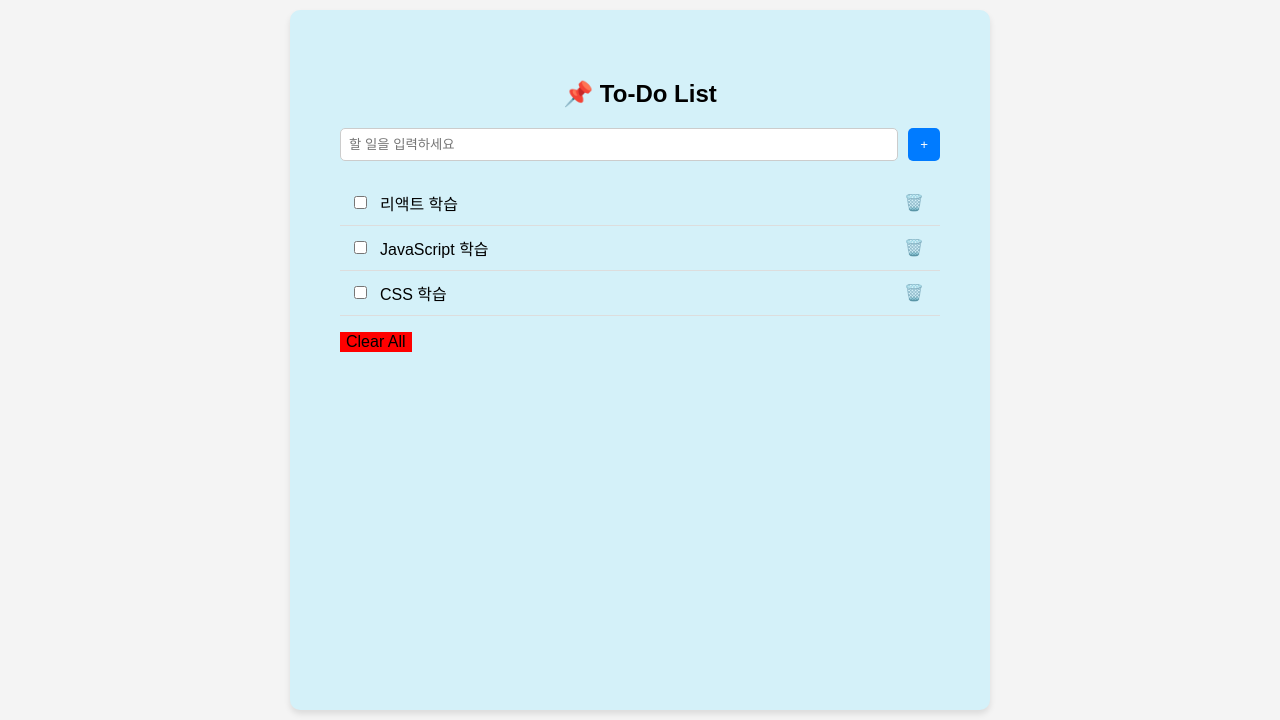
Repository: jongheonleee/todo-list
Page: /
An editor plug-in stored every save of this project. The page is shown before and after the next save, followed by the edit.
The browser window is 1280 px wide. The pictures show the whole page.
The project was rebuilt for these pictures with package versions that can differ from the ones it lists, and the page was loaded fresh each time.

Above is the page before, as saved 2025-02-20 13:17:25.

### src/App.js

import React from "react";
import { useState } from "react";
import "./App.css";
import InputForm from "./components/InputForm";
import ToDoList from "./components/ToDoList";


const App = () => {
  // 해당 컴포넌트에서 관리해야할 필드값 정의

  // 기본적으로 보여줄 리스트
  const [ id, setId ] = useState(''); // 특정 아잉템에 해당하는 id
  const [ items, setItems ] = useState([{ id : 1,   text : "리액트 학습",       done : false},
                                        { id : 2,   text : "JavaScript 학습", done : false},
                                        { id : 3,   text : "CSS 학습",        done : false}]); // 기본적으로 보여줄 items
  const [ text, setText ] = useState('');
  const [ done, setDone ] = useState(false);

  // 해당 컴포넌트에서 관리하는 필드값을 핸들링하는 함수 정의

  // 삭제 버튼 누르면 해당 아이템을 삭제함
  const handleDelete = (id) => {
    // 삭제 버튼 누르면 해당 아이템을 삭제함

    // - 사용자가 누른 아이템의 id가 현재 배열에 있는지 확인
    // - 해당 id에 대응되는 아이템이 있으면 해당 아이템을 제거한다
    const newItems = items.filter(item => item.id !== id);

    // 알림창 띄우기
    notify('Item deleted successfully');

    // - items를 업데이트한다
    setItems(newItems);

    // - id를 초기화한다.
    setId(-1);

  };

  const handleSubmit = (e) => {
    // 입력 폼을 입력하고 추가 버튼을 누르면 새로운 아이템을 등록함

    // - 리프레시 방지
    e.preventDefault();

    // - 작성한 타이틀 유효성 검증
    if (!isValidText(text)) {
      notify('please enter a right text');
      return;
    }

    // - 아이템 등록 처리
    const newItem = {id : crypto.randomUUID(), text: text, done: false};

    // - 아이템 배열에 추가
    const newItems = [...items, newItem];
    setItems(newItems);

    // - 아이템 추가되었음을 알림
    notify('Item added successfully');

    // - 초기화
    setId('');
    setText('');
    setDone(false);
  };


  const handleText = (e) => {
    // todo-item 타이틀 작성시 상태 변경
    setText(e.target.value);
  }


  const clearItems = () => {
    // 모든 아이템을 지움
    const newItems = [];
    setItems(newItems);
  }

  // 특정 작업 수행시 알림창 띄우기
  const notify = (message) =>  {
      alert(message);
  }

  // 아이템 유효성 검증
  const isValidText = (text) => {
    return text !== null && text.length > 0;
  }

  // 렌더링할 페이지 형태
  return (
    <div className="container">
      <div className="sub-container">
        <h2>📌 To-Do List</h2>
          {/* 입력 부분  */}
          <InputForm
            handleSubmit={handleSubmit}
            handleText={handleText}
          />

          {/* todo-list 부분 */}
          <ToDoList
            items={items}
            handleDelete={handleDelete}
          />

            {/* 모두 삭제 처리 */}
          <button
            onClick={clearItems}
            className="clear-btn"
          >
          Clear All
          </button>
      </div>

    </div>
  );
}

export default App;

### src/App.css
/* styles.css */
.container {
  font-family: Arial, sans-serif;
  background-color: #f4f4f4;
  display: flex;
  justify-content: center;
  align-items: center;
  height: 100vh;
  margin: 0;
}

.sub-container {
  background-color: #D4F1F9;
  padding: 50px;
  border-radius: 10px;
  box-shadow: 0 4px 6px rgba(0, 0, 0, 0.1);
  width: 600px;
  height: 600px;
}

h2 {
  text-align: center;
  margin-bottom: 20px;
}

.input-area {
  display: flex;
  gap: 10px;
}

input[type="text"] {
  flex: 1;
  padding: 8px;
  border: 1px solid #ccc;
  border-radius: 5px;
}

.add-btn {
  background: #007bff;
  color: white;
  border: none;
  padding: 8px 12px;
  cursor: pointer;
  border-radius: 5px;
}

.add-btn:hover {
  background: #0056b3;
}

.todo-list {
  list-style: none;
  padding: 0;
  margin-top: 20px;
}

.todo-list li {
  display: flex;
  justify-content: space-between;
  align-items: center;
  padding: 10px;
  border-bottom: 1px solid #ddd;
}

.todo-item {
  display: flex;
  align-items: center;
  gap: 10px;
}

.delete-btn {
  background: none;
  border: none;
  color: red;
  cursor: pointer;
  font-size: 16px;
}

.delete-btn:hover {
  color: darkred;
}

.clear-btn {
  background-color: red;
  border: none;
  cursor: pointer;
  font-size: 16px;
}

### src/components/InputForm.js
import React from "react";
import "./InputForm.css";

const InputForm = ({ handleSubmit, handleText }) => {
    return (
        <form
            className="input-area"
            onSubmit={handleSubmit}
        >
            <input
                type="text"
                placeholder="할 일을 입력하세요"
                onChange={handleText}
            />
            <button
                type="submit"
                className="add-btn"
            >
            +
            </button>
        </form>
    );
}

export default InputForm;

### src/components/ToDoList.js
import React from "react";
import ToDoItem from "./ToDoItem";
import "./ToDoList.css"

const ToDoList = ({ items, handleDelete }) => {
    return (
        <ul className="todo-list">
            {
                items.map(item => {
                    return (
                        <ToDoItem
                            id={item.id}
                            text={item.text}
                            done={item.done}
                            handleDelete={handleDelete}
                        />
                    )
                })
            }
            {/* <li>
                <div className="todo-item">
                    <input type="checkbox" />
                    <span>리액트 학습</span>
                </div>
                <button className="delete-btn">🗑️</button>
            </li> */}
          {/* <li>
            <div className="todo-item">
              <input type="checkbox" />
              <span>JavaScript 학습</span>
            </div>
            <button className="delete-btn">🗑️</button>
          </li>
          <li>
            <div className="todo-item">
              <input type="checkbox" />
              <span>CSS 학습</span>
            </div>
            <button className="delete-btn">🗑️</button>
          </li> */}
        </ul>
    )
}

export default ToDoList;

### src/components/InputForm.css
.input-area {
    display: flex;
    gap: 10px;
}

input[type="text"] {
    flex: 1;
    padding: 8px;
    border: 1px solid #ccc;
    border-radius: 5px;
}

.add-btn {
    background: #007bff;
    color: white;
    border: none;
    padding: 8px 12px;
    cursor: pointer;
    border-radius: 5px;
}

.add-btn:hover {
    background: #0056b3;
}

### src/components/ToDoItem.js
import React from "react";
import "./ToDoItem.css"

// item은 3가지 필드를 지님
// - id, text, done
const ToDoItem = ({ id, text, done, handleDelete }) => {
    return (
        <li>
            <div
                id={id}
                className="todo-item"
            >
                <input type="checkbox" />
                <span>{done ? <del>text</del> : text}</span>
            </div>
            <button className="delete-btn" onClick={() => handleDelete(id)}>🗑️</button>
        </li>
    )
}

export default ToDoItem;

### src/components/ToDoList.css
.todo-list {
    list-style: none;
    padding: 0;
    margin-top: 20px;
}

.todo-item li {
    display: flex;
    justify-content: space-between;
    align-items: center;
    padding: 10px;
    border-bottom: 1px solid #ddd;
}

.todo-item {
    display: flex;
    align-items: center;
    gap: 10px;
}

.delete-btn {
    background: none;
    border: none;
    color: red;
    cursor: pointer;
    font-size: 16px;
}

.delete-btn:hover {
    color: darkred;
}

### src/components/ToDoItem.css
.todo-item li {
    display: flex;
    justify-content: space-between;
    align-items: center;
    padding: 10px;
    border-bottom: 1px solid #ddd;
}

.todo-item {
    display: flex;
    align-items: center;
    gap: 10px;
}

.delete-btn {
    background: none;
    border: none;
    color: red;
    cursor: pointer;
    font-size: 16px;
}

.delete-btn:hover {
    color: darkred;
}

Loaded but not shown: public/index.html (common file); src/index.js (common file); src/index.css (common file); src/reportWebVitals.js (common file)

After the next save:
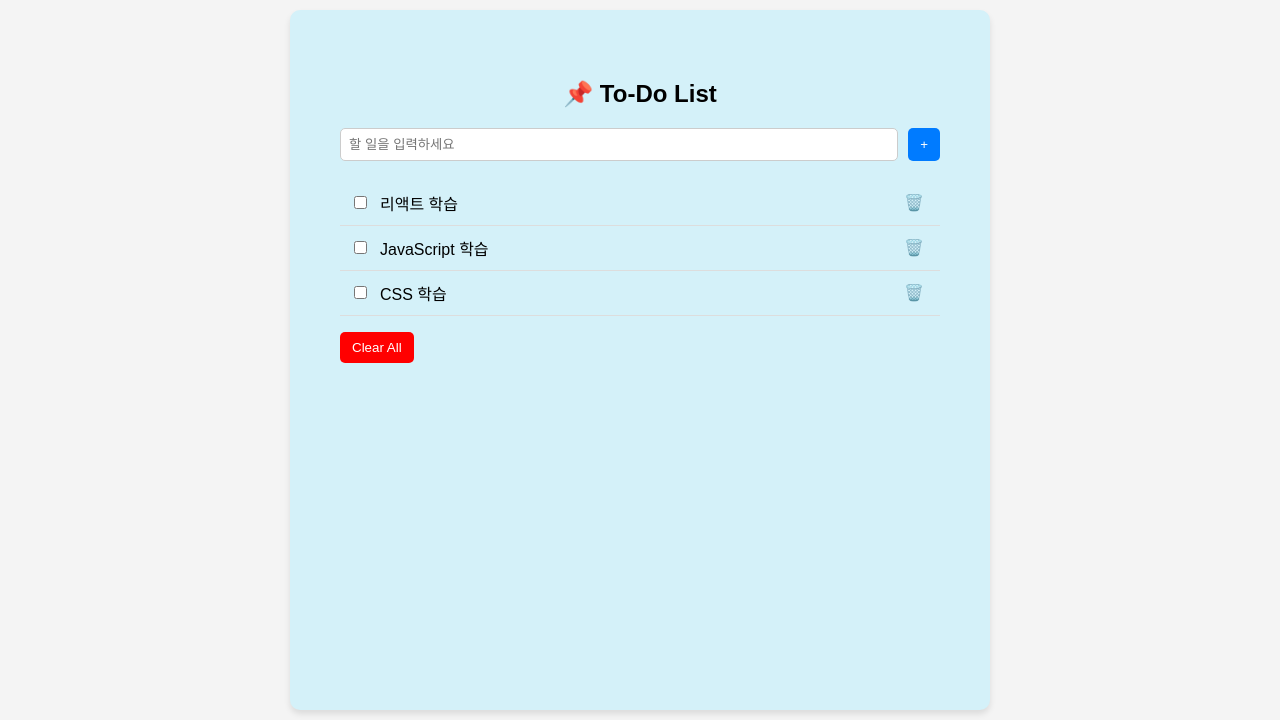
Saved 54 s later.
--- a/src/App.css
+++ b/src/App.css
@@ -81,8 +81,10 @@ input[type="text"] {
 }
 
 .clear-btn {
-  background-color: red;
+  background: red;
+  color: white;
   border: none;
+  padding: 8px 12px;
   cursor: pointer;
-  font-size: 16px;
+  border-radius: 5px;
 }
